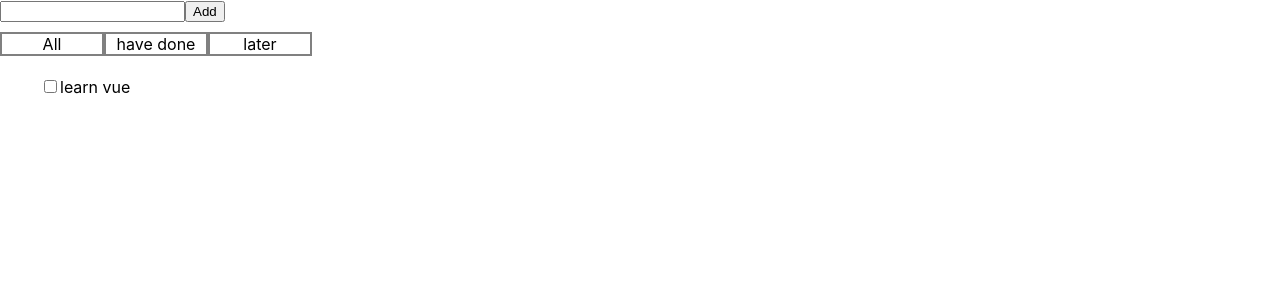
Repository: yurensmile/todolist
Page: /
An editor plug-in stored every save of this project. The page is shown before and after the next save, followed by the edit.
The browser window is 1280 px wide. The pictures show the whole page.
The project was rebuilt for these pictures with package versions that can differ from the ones it lists, and the page was loaded fresh each time.

Above is the page before, as saved 2019-03-18 16:02:47.

After the next save:
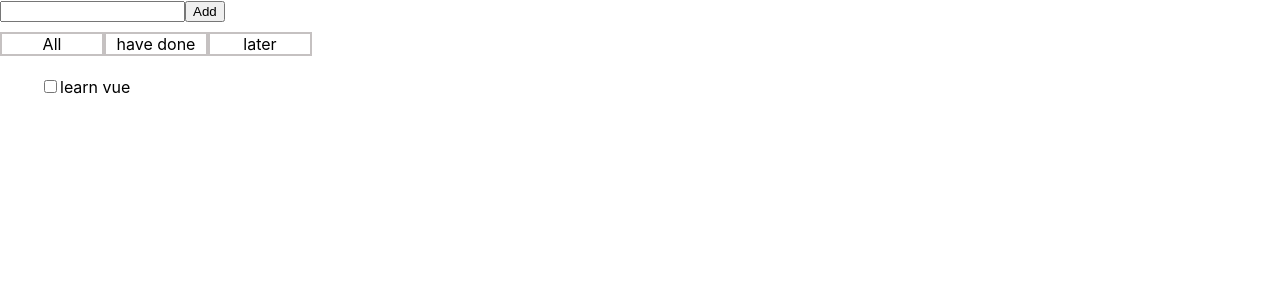
Saved 26 s later.
--- a/src/App.css
+++ b/src/App.css
@@ -18,7 +18,7 @@ li{
   display: inline-block;
   width: 100px;
   text-align: center;
-  border:2px solid gray;
+  border:2px solid rgb(197, 193, 193);
 }
 .toggle{
   display: inline-block;
